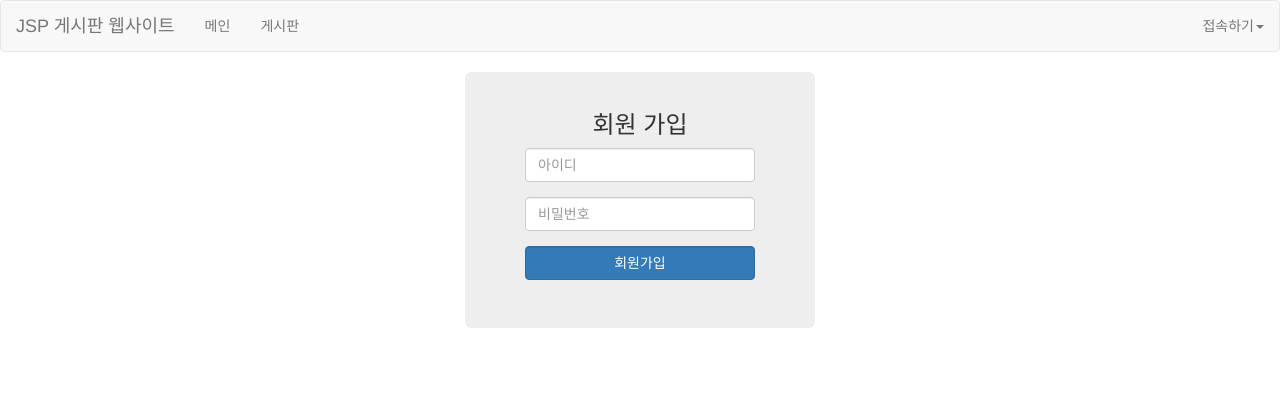
Repository: dofd6220/JSP-
Page: http://localhost/BBS/join.jsp
An editor plug-in stored every save of this project. The page is shown before and after the next save, followed by the edit.
The browser window is 1280 px wide. The pictures show the whole page.
Some web libraries are served in a nearby version. The page is served by Tomcat 9.

Above is the page before, as saved 2023-11-18 13:24:16.

After the next save:
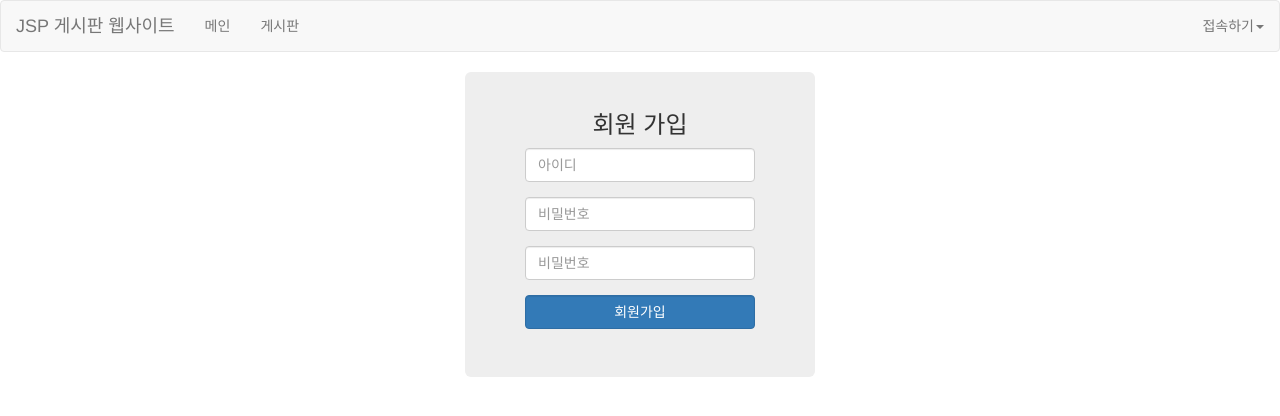
Saved 34 s later.
--- a/BBS/src/main/webapp/join.jsp
+++ b/BBS/src/main/webapp/join.jsp
@@ -52,6 +52,9 @@
 						<div class="form-group">
 							<input type="password" class="form-control" placeholder="비밀번호" name="userPassword" maxlength="20">
 						</div>
+						<div class="form-group">
+							<input type="password" class="form-control" placeholder="비밀번호" name="userPassword" maxlength="20">
+						</div>
 						<input type="submit" class="btn btn-primary form-control" value="회원가입">
 				</form>
 			</div>
